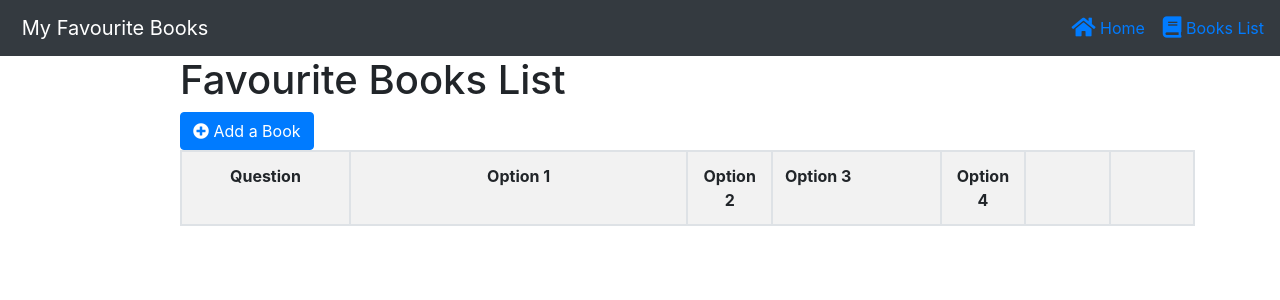
Repository: lord-NAVY/titans
Page: http://localhost/book-list
The author's editor kept a copy of each file at every save. The page is drawn from the files as they stood at one save, then again after the next save.
The browser window is 1280 px wide. The pictures show the whole page.
The page is served by the project's Node server (server.js). Queries for data that is not in the repository find no rows.

Above is the page before, as saved 2021-11-08 23:34:38.

After the next save:
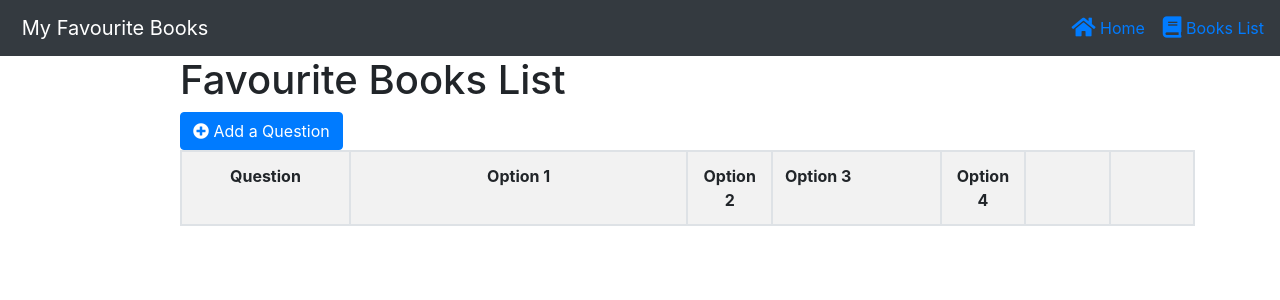
Saved 3 min 3 s later.
--- a/server/views/book/index.ejs
+++ b/server/views/book/index.ejs
@@ -11,7 +11,7 @@
 
             <!-- FIX THE ADD BUTTON BELOW -->
             <a href="/book-list/add" class="btn btn-primary" role="button">
-            <i class="fas fa-plus-circle"></i> Add a Book</a>
+            <i class="fas fa-plus-circle"></i> Add a Question</a>
             <br>
             <table class="table table-bordered table-striped table-hover">
                 <!-- Header Row-->
